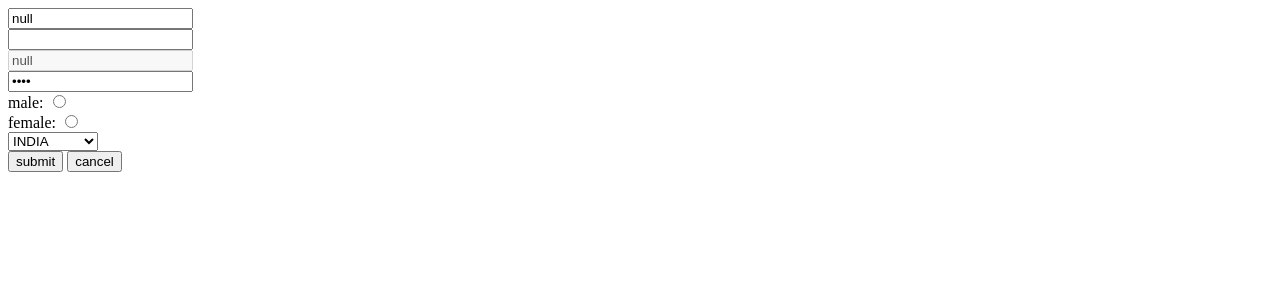
Repository: Punith077/servlet
Page: http://localhost/WebServlet/update.jsp
These files come from the project's save history. The page is drawn as it stood at one moment and after the next save; the edit follows.
The browser window is 1280 px wide. The pictures show the whole page.
The page is served by Tomcat 9.

Above is the page before, as saved 2024-11-13 13:04:43.

After the next save:
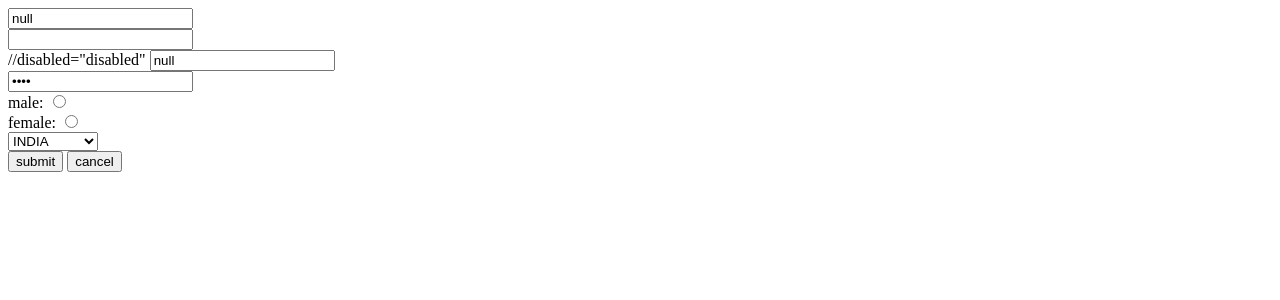
Saved 55 s later.
--- a/WebServlet/src/main/webapp/update.jsp
+++ b/WebServlet/src/main/webapp/update.jsp
@@ -10,7 +10,8 @@
 <form action="update" method="post">
         <input type="text" name="sname" value="<%=request.getParameter("name")%>"><br>
         <input type="number" name="smob" value="<%=request.getParameter("mobile")%>"><br>
-        <input type="email" name="semail" disabled="disabled" value="<%=request.getParameter("email")%>"><br>
+        //disabled="disabled"
+        <input type="email" name="semail" readonly="readonly" value="<%=request.getParameter("email")%>"><br>
         <input type="password" name="spwd"value="<%=request.getParameter("password")%>"><br>
         male: <input type="radio" name="gender" value="male"><br>
         female: <input type="radio" name="gender" value="female"><br>
